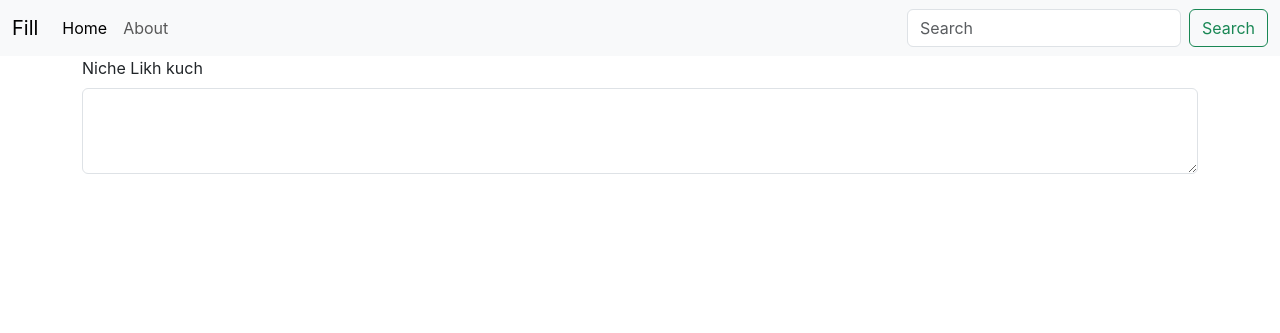
Repository: ASHUTOSH30LUV/news
Page: /
An editor plug-in stored every save of this project. The page is shown before and after the next save, followed by the edit.
The browser window is 1280 px wide. The pictures show the whole page.
The project was rebuilt for these pictures with package versions that can differ from the ones it lists, and the page was loaded fresh each time. Also part of the build but not shown: src/App.css.

Above is the page before, as saved 2024-07-27 18:45:28.

After the next save:
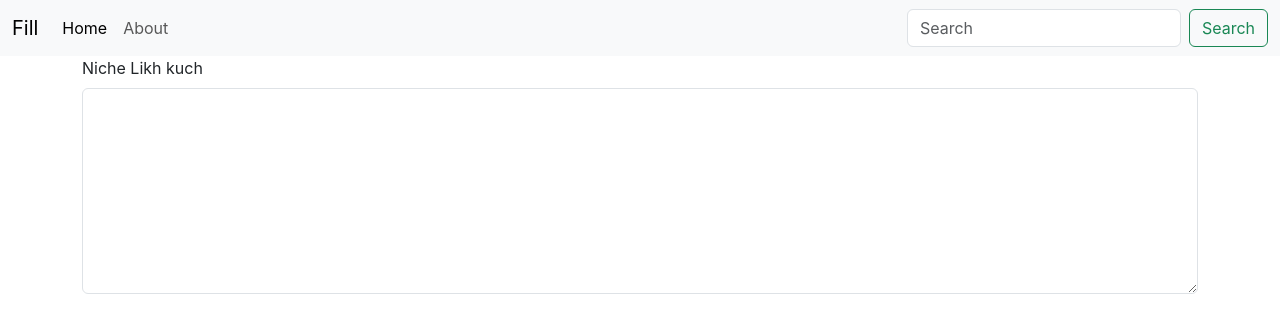
Saved 1 s later.
--- a/src/components/Textform.js
+++ b/src/components/Textform.js
@@ -5,7 +5,7 @@
         <div>
             <div className="mb-3">
                 <label for="myBox" class="form-label">Niche Likh kuch</label>
-                <textarea class="form-control" id="myBox" rows="3"></textarea>
+                <textarea class="form-control" id="myBox" rows="8"></textarea>
             </div>
     </div>
   )
